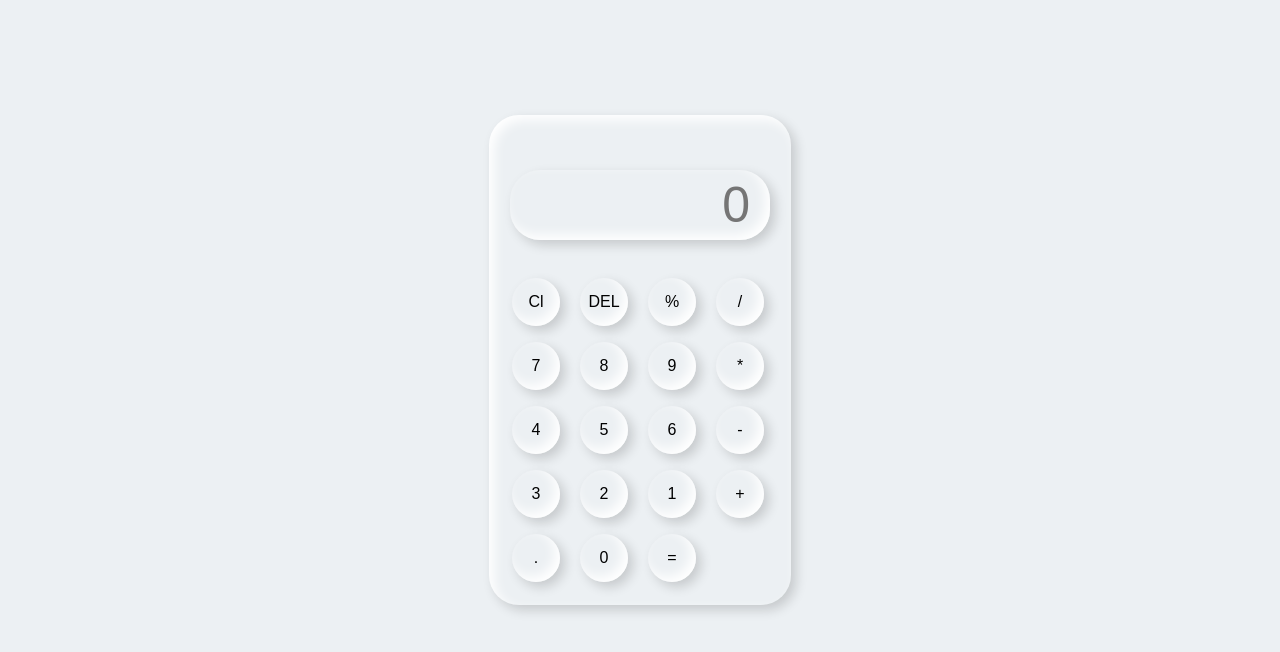
Repository: Mayur2905/OIBSIP
Page: Task-3/index.html
These files come from the project's save history. The page is drawn as it stood at one moment and after the next save; the edit follows.
The browser window is 1280 px wide. The pictures show the whole page.

Above is the page before, as saved 2022-02-02 13:58:17.

After the next save:
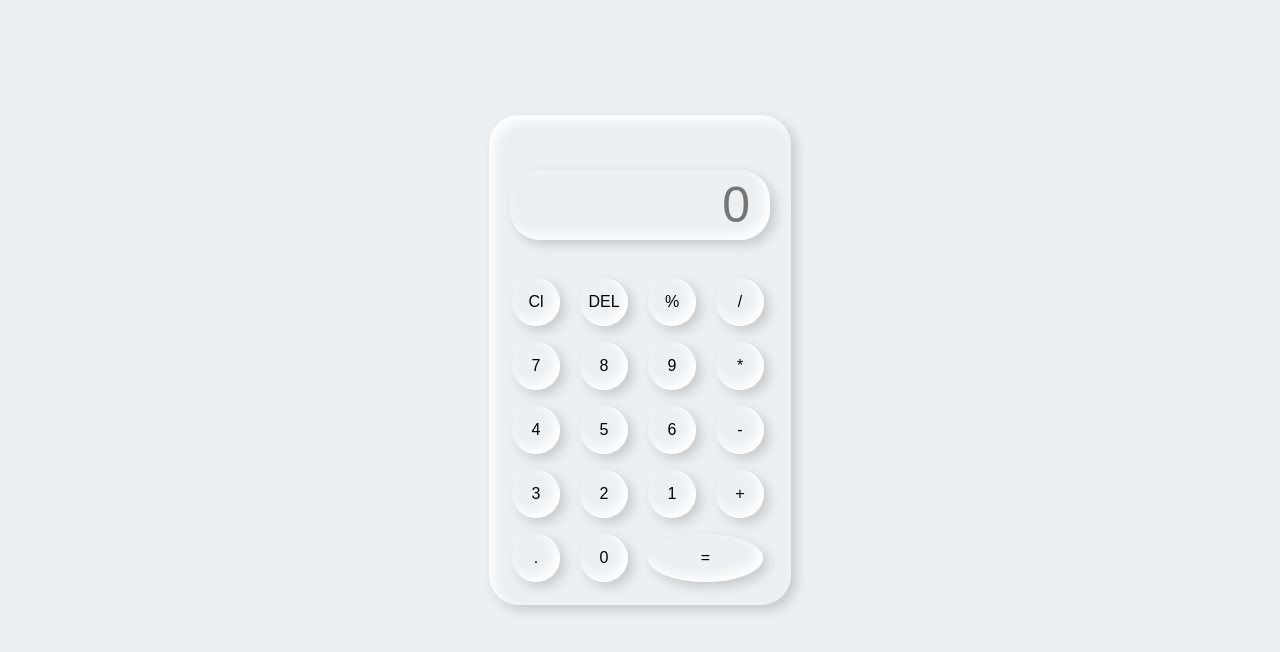
Saved 38 s later.
--- a/Task-3/style.css
+++ b/Task-3/style.css
@@ -47,3 +47,6 @@ button {
   margin: 8px;
   font-size: 16px;
 }
+.equal {
+  width: 115px;
+}
